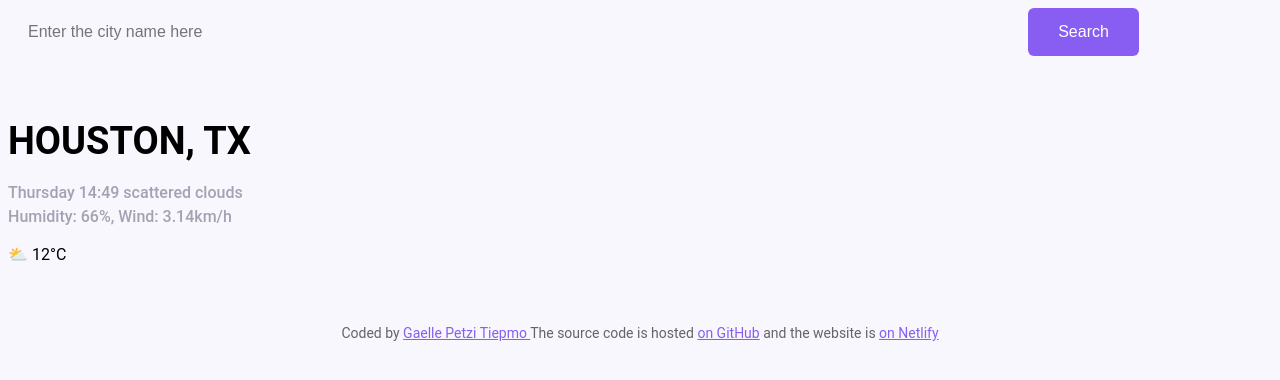
Repository: OnwardForward/meteo.by.gaelle
Page: meteo.appbygaelle.html
These files come from the project's save history. The page is drawn as it stood at one moment and after the next save; the edit follows.
The browser window is 1280 px wide. The pictures show the whole page.

Above is the page before, as saved 2024-04-18 15:32:30.

### meteo.appbygaelle.html
<!DOCTYPE html>
<html lang="en">
<head>
    <meta charset="UTF-8">
    <meta name="viewport" content="width=device-width, initial-scale=1.0">
    <title>Meteo By Gaelle</title>
    <link rel="stylesheet" href="src\styles.css" />
</head>
<body>
    <div class="meteo-app">
    <header>
    <form class="search-form">
        <input type="search" placeholder="Enter the city name here" required class="search-form-input" />
        <input type="submit" value="Search" class="search-form-button" />
    </form>
   </header>
   <main>
    <div class="meteo-app-data"></div>
    <div>
        <h1 class="weather-app-city">HOUSTON, TX</h1>
        <p class="weather-app-details">
            Thursday 14:49 scattered clouds
            <br />
            Humidity: 66%, Wind: 3.14km/h
        </p>
    </div>
    <div>⛅ 12°C </div>
   </main>




</body>
<footer>
    Coded by <a href="https://github.com/OnwardForward" target="_blank"> Gaelle Petzi Tiepmo </a>
    The source code is hosted <a href="https://github.com/OnwardForward/meteo.by.gaelle" target="_blank">on GitHub</a>
    and the website is <a href="https://meteo-app-by-gaellept.netlify.app/" target="_blank"> on Netlify</a>
</footer>
</html>

### src/styles.css
body {
  background-color: #f9f7fe;
  font-family: "Roboto", sans-serif;
}

a {
  color: #885df1;
}

.weather-app {
  background: white;
  max-width: 600px;
  margin: 45px auto;
  box-shadow: 0 30px 50px rgba(65, 50, 100, 0.08);
  border-radius: 16px;
  padding: 30px;
}

header {
  border-bottom: 1px solid #f9f7fe;
  padding: 0 0 30px 0;
}

.search-form-input {
  background-color: #f9f7fe;
  border: none;
  border-radius: 6px;
  width: 80%;
  font-size: 16px;
  padding: 15px 20px;
}

.search-form-button {
  background: #885df1;
  padding: 15px 30px;
  border: none;
  font-size: 16px;
  margin-left: 5px;
  border-radius: 6px;
  color: white;
}

main {
  padding: 30px 0;
}

.weather-app-data {
  display: flex;
  justify-content: space-between;
}

.weather-app-city {
  margin: 0;
  font-size: 38px;
  line-height: 48px;
}

.weather-app-details {
  font-size: 16px;
  color: rgba(39, 33, 66, 0.4);
  line-height: 24px;
  font-weight: 500;
}

.weather-app-details strong {
  color: #f65282;
}

.weather-app-temperature-container {
  display: flex;
}

.weather-app-icon {
  font-size: 44px;
  margin-top: 22px;
}

.weather-app-temperature {
  font-size: 88px;
  margin-left: 10px;
  font-weight: bold;
}

.weatehr-app-unit {
  margin-top: 16px;
  font-size: 28px;
}

footer {
  border-top: 1px solid #f9f7fe;
  padding: 30px 0 0 0;
  text-align: center;
  font-size: 14px;
  color: rgba(0, 0, 0, 0.6);
}

After the next save:
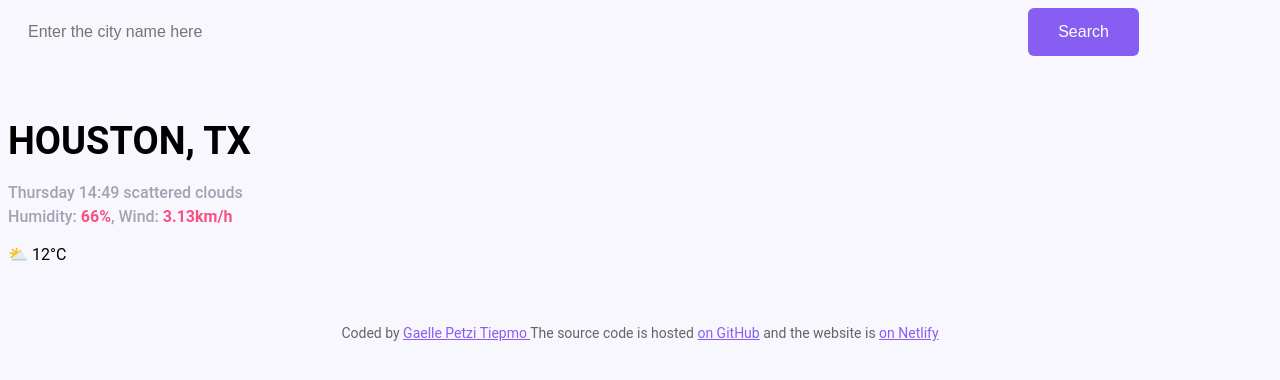
Saved 43 s later.
--- a/meteo.appbygaelle.html
+++ b/meteo.appbygaelle.html
@@ -21,7 +21,7 @@
         <p class="weather-app-details">
             Thursday 14:49 scattered clouds
             <br />
-            Humidity: 66%, Wind: 3.14km/h
+            Humidity: <strong>66%</strong>, Wind: <strong>3.13km/h</strong>
         </p>
     </div>
     <div>⛅ 12°C </div>
